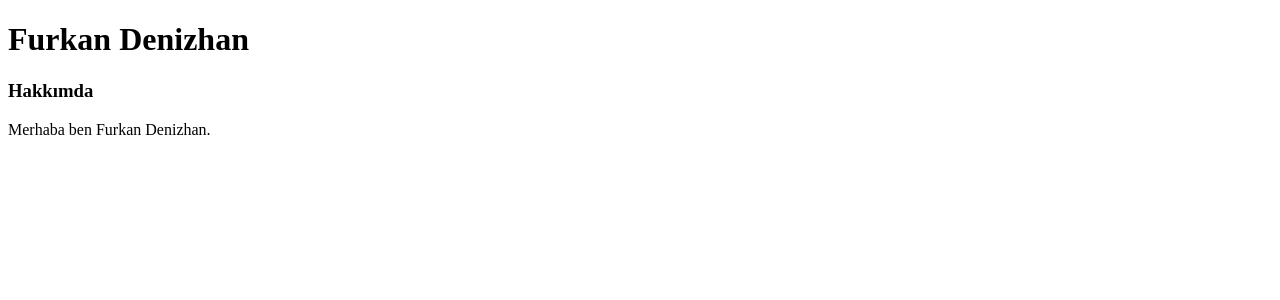
Repository: nevisende/homeworks
Page: 1-Html/index.html
These files come from the project's save history. The page is drawn as it stood at one moment and after the next save; the edit follows.
The browser window is 1280 px wide. The pictures show the whole page.

Above is the page before, as saved 2021-08-08 12:06:50.

### 1-Html/index.html
<!DOCTYPE html>
<html lang="en">
<head>
    <meta charset="UTF-8">
    <meta http-equiv="X-UA-Compatible" content="IE=edge">
    <meta name="viewport" content="width=device-width, initial-scale=1.0">
    <title>Ödev</title>
</head>
<body>
    <h1>Furkan Denizhan</h1>
    <h3>Hakkımda</h3>
    <p>Merhaba ben Furkan Denizhan.</p>
</body>
</html>

After the next save:
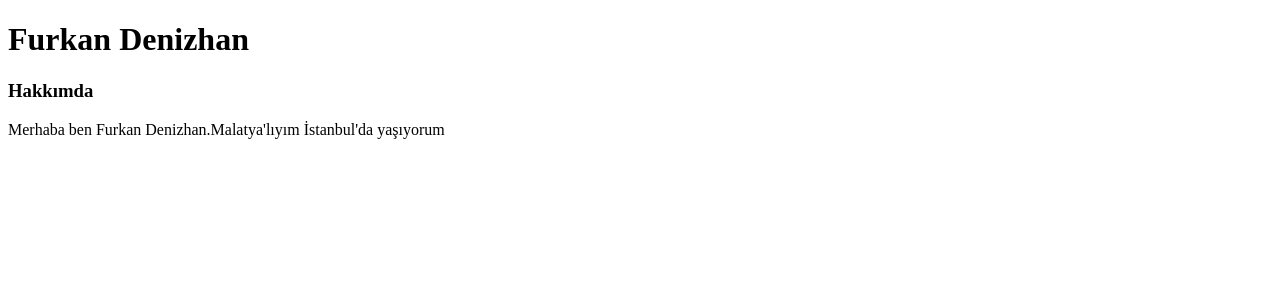
Saved 21 s later.
--- a/1-Html/index.html
+++ b/1-Html/index.html
@@ -9,6 +9,6 @@
 <body>
     <h1>Furkan Denizhan</h1>
     <h3>Hakkımda</h3>
-    <p>Merhaba ben Furkan Denizhan.</p>
+    <p>Merhaba ben Furkan Denizhan.Malatya'lıyım İstanbul'da yaşıyorum</p>
 </body>
 </html>
